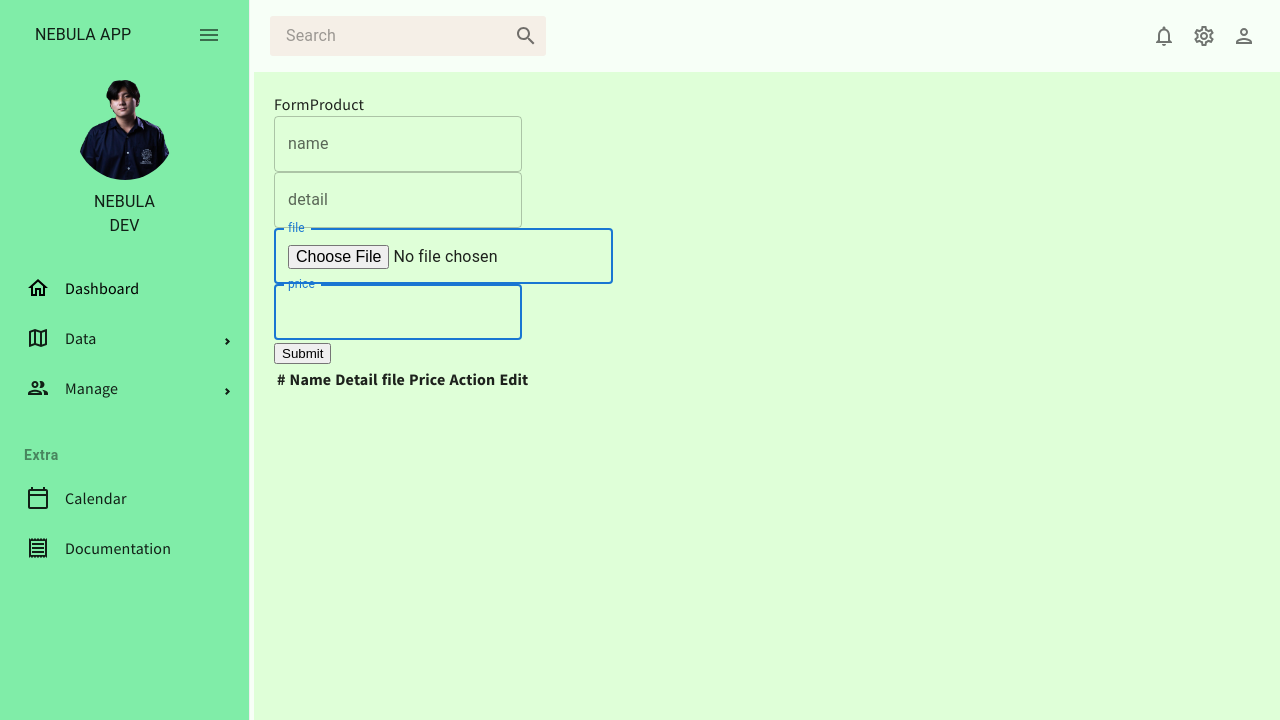
Repository: supakorn5039-boon/MERN
Page: /admin/viewtable (app in client/)
The author's editor kept a copy of each file at every save. The page is drawn from the files as they stood at one save, then again after the next save.
The browser window is 1280 px wide. The pictures show the whole page.
The page's requests for data from a server got no answer. The project was rebuilt for these pictures with package versions that can differ from the ones it lists, and the page was loaded fresh each time. No one was signed in, and anything a server would have sent is missing. Also part of the build but not shown: client/src/App.css, client/src/components/FormEditProducts.jsx.

Above is the page before, as saved 2023-11-01 14:12:28.

### client/src/index.css
@import url("https://fonts.googleapis.com/css2?family=Source+Sans+Pro:wght@400;600;700&display=swap");

html,
body,
#root,
.app,
.content {
  height: 100%;
  width: 100%;
  font-family: "Source Sans Pro", sans-serif;
  background-color: #f7fff7;
  overflow: hidden;
}
.content_body {
  background-color: rgb(223, 255, 216);
  width: 100%;
  height: 90%;
  overflow: scroll;
}
.app {
  display: flex;
  position: relative;
}
.menu-bars {
  text-decoration: none;
  color: #000;
}
::-webkit-scrollbar {
  width: 10px;
}

::-webkit-scrollbar-track {
  background: #e0e0e0;
}

::-webkit-scrollbar-thumb {
  background: #888;
}

::-webkit-scrollbar-thumb:hover {
  background: #555;
}

### client/src/App.js
import "./App.css";
import { BrowserRouter, Route, Routes } from "react-router-dom";
import FormProduct from "./components/FormProduct";
import FormEditProducts from "./components/FormEditProducts";

//Layout

import HeaderBar from "./layout/HeaderBar";
import SideBar from "./layout/SideBar";
import { CssBaseline, Box } from "@mui/material";

function App() {
  return (
    <BrowserRouter>
      <>
        <CssBaseline />
        <div className="app">
          <SideBar />
          <main className="content">
            <HeaderBar />
            <div className="content_body">
              <Box m="20px">
                <Routes>
                  <Route path="/admin/viewtable" element={<FormProduct />} />
                  <Route path="/edit/:id" element={<FormEditProducts />} />
                </Routes>
              </Box>
            </div>
          </main>
        </div>
      </>
    </BrowserRouter>
  );
}

export default App;

### client/src/components/FormProduct.js
import React, { useState, useEffect } from "react";
import { remove, create, getdata } from "../functions/product";
import { Box, TextField } from "@mui/material";

import { Link } from "react-router-dom";

const FormProduct = () => {
  const [data, setData] = useState([]);
  const [form, setForm] = useState([]);

  useEffect(() => {
    loadData();
  }, []);

  // Pull the data from backend  show on frontend  below
  const loadData = async () => {
    getdata()
      .then((res) => setData(res.data))
      .catch((err) => console.log(err));
  };

  const handleChange = (e) => {
    if (e.target.name === "file") {
      setForm({
        // ... copy function inside of useState in form if [] it's mean nothing
        ...form,
        [e.target.name]: e.target.files[0],
      });
    } else {
      setForm({
        ...form,
        [e.target.name]: e.target.value,
      });
    }
  };

  //Submit type and collect to backend
  const handleSubmit = async (e) => {
    e.preventDefault();

    const formWithImageData = new FormData();
    for (const key in form) {
      formWithImageData.append(key, form[key]);
    }

    create(formWithImageData)
      .then((res) => {
        console.log(res.data);

        // use data in submit show to frontend
        loadData();
      })
      .catch((err) => console.log(err));
  };
  const handleRemove = async (id) => {
    remove(id)
      .then((res) => {
        console.log(res);
        loadData();
      })
      .catch((err) => console.log(err));
  };

  // Webpage
  return (
    <div>
      FormProduct
      <form onSubmit={handleSubmit} encType="multipart/form-data">
        <div>
          <TextField
            id="outlined-basic"
            label="name"
            name="name"
            onChange={(e) => handleChange(e)}
            variant="outlined"
          />
        </div>
        <div>
          <TextField
            id="outlined-basic"
            label="detail"
            name="detail"
            onChange={(e) => handleChange(e)}
            variant="outlined"
          />
        </div>

        <div>
          <TextField
            type="file"
            id="outlined-basic"
            label="file"
            name="file"
            onChange={(e) => handleChange(e)}
            variant="outlined"
            focused
          />
        </div>

        <div>
          <TextField
            type="number"
            id="outlined-basic"
            label="price"
            name="price"
            onChange={(e) => handleChange(e)}
            variant="outlined"
            focused
          />
        </div>

        <button>Submit</button>
      </form>
      <table className="table">
        <thead>
          <tr>
            <th scope="col">#</th>
            <th scope="col">Name</th>
            <th scope="col">Detail</th>
            <th scope="col">file</th>
            <th scope="col">Price</th>
            <th scope="col">Action</th>
            <th scope="col">Edit</th>
          </tr>
        </thead>
        <tbody>
          {data
            ? data.map((item, index) => (
                <tr key={index}>
                  <td>{index + 1}</td>
                  <td>{item.name}</td>
                  <td>{item.detail}</td>
                  <td>{item.file}</td>
                  <td>{item.price}</td>
                  <td
                    style={{ cursor: "pointer", color: "red" }}
                    onClick={() => handleRemove(item._id)}
                  >
                    Delete
                  </td>
                  <td>
                    <Link to={"/edit/" + item._id}>Edit</Link>
                  </td>
                </tr>
              ))
            : null}
        </tbody>
      </table>
    </div>
  );
};

export default FormProduct;

### client/src/layout/HeaderBar.js
import react, { useState } from "react";
import { Box, IconButton, Menu, MenuItem } from "@mui/material";
import InputBase from "@mui/material/InputBase";
import NotificationsOutlinedIcon from "@mui/icons-material/NotificationsOutlined";
import SettingsOutlinedIcon from "@mui/icons-material/SettingsOutlined";
import PersonOutlinedIcon from "@mui/icons-material/PersonOutlined";
import SearchIcon from "@mui/icons-material/Search";
import { Link } from "react-router-dom";

const HeaderBar = () => {
  const [anchorEl, setAnchorEl] = useState(null);

  const handleMenu = (event) => {
    setAnchorEl(event.currentTarget);
  };

  const handleClose = () => {
    setAnchorEl(null);
  };
  return (
    <Box display="flex" justifyContent="space-between" p={2}>
      {/* search  */}
      <Box display="flex" borderRadius="3px" backgroundColor="#F5EFE7">
        <InputBase sx={{ ml: 2, flex: 1 }} placeholder="Search" />
        <IconButton type="button" sx={{ p: 1 }}>
          <SearchIcon />
        </IconButton>
      </Box>

      {/* icons */}
      <Box display="flex">
        <IconButton>
          <NotificationsOutlinedIcon />
        </IconButton>
        <IconButton>
          <SettingsOutlinedIcon />
        </IconButton>
        <IconButton>
          <PersonOutlinedIcon onClick={handleMenu} />
          <Menu
            id="menu-appbar"
            anchorEl={anchorEl}
            anchorOrigin={{
              vertical: "top",
              horizontal: "right",
            }}
            keepMounted
            transformOrigin={{
              vertical: "top",
              horizontal: "right",
            }}
            open={Boolean(anchorEl)}
            onClose={handleClose}
          >
            <Link to="#" className="menu-bars">
              <MenuItem onClick={handleClose}>Profile</MenuItem>
            </Link>
            <Link to="#" className="menu-bars">
              <MenuItem onClick={handleClose}>My account</MenuItem>
            </Link>
          </Menu>
        </IconButton>
      </Box>
    </Box>
  );
};

export default HeaderBar;

### client/src/layout/SideBar.js
import React, { useState } from "react";
import {
  Sidebar,
  Menu,
  MenuItem,
  SubMenu,
  SidebarFooter,
} from "react-pro-sidebar";
import { Box, IconButton, Typography, useTheme, Badge } from "@mui/material";
import { Link } from "react-router-dom";

import HomeOutlinedIcon from "@mui/icons-material/HomeOutlined";
import PeopleOutlinedIcon from "@mui/icons-material/PeopleOutlined";
import ReceiptOutlinedIcon from "@mui/icons-material/ReceiptOutlined";
import CalendarTodayOutlinedIcon from "@mui/icons-material/CalendarTodayOutlined";
import BarChartOutlinedIcon from "@mui/icons-material/BarChartOutlined";
import PieChartOutlineOutlinedIcon from "@mui/icons-material/PieChartOutlineOutlined";
import MenuOutlinedIcon from "@mui/icons-material/MenuOutlined";
import MapOutlinedIcon from "@mui/icons-material/MapOutlined";
import TableViewIcon from "@mui/icons-material/TableView";
const SideBar = () => {
  const [isCollapsed, setisCollapsed] = useState(false);
  const [toggled, setToggled] = useState(false);
  const [broken, setBroken] = useState(false);

  return (
    <div
      style={{
        display: "flex",
        height: "100%",
      }}
    >
      <Sidebar
        collapsed={isCollapsed}
        toggled={toggled}
        onBackdropClick={() => setToggled(false)}
        onBreakPoint={setBroken}
        backgroundColor="#80EDA8"
        breakPoint="md"
        style={{ height: "100%" }}
      >
        <div
          style={{ display: "flex", flexDirection: "column", height: "100%" }}
        >
          <div style={{ flex: 1, marginBottom: "32px" }}>
            <Menu iconShape="square">
              {/* LOGO */}
              <MenuItem
                onClick={() => setisCollapsed(!isCollapsed)}
                icon={isCollapsed ? <MenuOutlinedIcon /> : undefined}
                style={{
                  margin: "10px 0 20px 0",
                }}
              >
                {!isCollapsed && (
                  <Box
                    display="flex"
                    justifyContent="space-between"
                    alignItems="center"
                    ml="15px"
                  >
                    <Typography>NEBULA APP</Typography>
                    <IconButton onClick={() => setisCollapsed(!isCollapsed)}>
                      <MenuOutlinedIcon />
                    </IconButton>
                  </Box>
                )}
              </MenuItem>
              {!isCollapsed && (
                <Box mb="25px">
                  <Box
                    display="flex"
                    justifyContent="center"
                    alignItems="center"
                  >
                    <img
                      alt="profile-user"
                      width="100px"
                      height="100px"
                      src={`/assets/Photo.png`}
                      style={{ cursor: "pointer", borderRadius: "50%" }}
                    />
                  </Box>
                  <Box textAlign="center">
                    <Typography sx={{ m: "10px 0 0 0" }}>NEBULA</Typography>
                    <Typography>DEV </Typography>
                  </Box>
                </Box>
              )}

              <Link to="/admin" className="menu-bars">
                <MenuItem icon={<HomeOutlinedIcon />}>Dashboard</MenuItem>
              </Link>

              <SubMenu icon={<MapOutlinedIcon />} label="Data">
                <Link to={"/admin/viewtable"} className="menu-bars">
                  <MenuItem icon={<TableViewIcon />}>Table</MenuItem>
                </Link>
                <MenuItem icon={<BarChartOutlinedIcon />}>
                  {" "}
                  Line charts
                </MenuItem>
              </SubMenu>

              <SubMenu label="Manage" icon={<PeopleOutlinedIcon />}>
                <Link to={"/admin/manage"} className="menu-bars">
                  <MenuItem>User</MenuItem>
                </Link>
                <MenuItem> Admin</MenuItem>
              </SubMenu>
            </Menu>

            <div
              style={{
                padding: "0 24px",
                marginBottom: "8px",
                marginTop: "32px",
              }}
            >
              <Typography
                variant="body2"
                fontWeight={600}
                style={{
                  opacity: isCollapsed ? 0 : 0.5,
                  letterSpacing: "0.5px",
                }}
              >
                Extra
              </Typography>
            </div>

            <Menu>
              <MenuItem icon={<CalendarTodayOutlinedIcon />}>Calendar</MenuItem>
              <MenuItem icon={<ReceiptOutlinedIcon />}>Documentation</MenuItem>
            </Menu>
          </div>
        </div>
      </Sidebar>
      <main>
        <div style={{ padding: "16px 2px ", color: "#44596e" }}>
          <div style={{ marginBottom: "16px" }}>
            {broken && (
              <IconButton onClick={() => setToggled(!toggled)}>
                <MenuOutlinedIcon />
              </IconButton>
            )}
          </div>
        </div>
      </main>
    </div>
  );
};
export default SideBar;

### client/src/functions/product.js
import axios from "axios";
import { appCheck, getToken } from "../firebase";

const GenerateToken = async () => {
  try {
    const token = await getToken(appCheck);
    return token;
  } catch (err) {
    console.log(err);
    return null;
  }
};

export const remove = async (id) =>
  await axios.delete(process.env.REACT_APP_API + "/product/" + id);

export const create = async (data) =>
  await axios.post(process.env.REACT_APP_API + "/product", data);

export const getdata = async () => {
  const boon = await GenerateToken();
  console.log("boon token", boon);
  return await axios.get(process.env.REACT_APP_API + "/product", {
    headers: {
      "X-Firebase-AppCheck": boon.token,
    },
  });
};

export const read = async (id) => {
  return await axios.get(process.env.REACT_APP_API + "/product/" + id);
};

export const updated = async (id, data) => {
  return await axios.put(process.env.REACT_APP_API + "/product/" + id, data);
};

### client/src/firebase.js
import { initializeApp } from "firebase/app";
import { getAnalytics } from "firebase/analytics";
import {
  initializeAppCheck,
  ReCaptchaV3Provider,
  getToken,
} from "firebase/app-check";

const firebaseConfig = {
  apiKey: "AIzaSyBBM6ayVSyx_ET3Nlx3cLt0ngnVWywZbPM",
  authDomain: "ws-ac-de4c7.firebaseapp.com",
  projectId: "ws-ac-de4c7",
  storageBucket: "ws-ac-de4c7.appspot.com",
  messagingSenderId: "289463955788",
  appId: "1:289463955788:web:0a17ed261d7a3b6a8edfe9",
  measurementId: "G-FX5SNJL1DR",
};

// Initialize Firebase
const app = initializeApp(firebaseConfig);
const analytics = getAnalytics(app);

const appCheck = initializeAppCheck(app, {
  provider: new ReCaptchaV3Provider("6Leql-IoAAAAAA7WR4PGgxlusjWs3nhkkHNlLg7r"),

  // Optional argument. If true, the SDK automatically refreshes App Check
  // tokens as needed.
  isTokenAutoRefreshEnabled: true,
});

export { appCheck, getToken };

Loaded but not shown: client/public/index.html (common file); client/src/index.js (common file); client/src/reportWebVitals.js (common file)

After the next save:
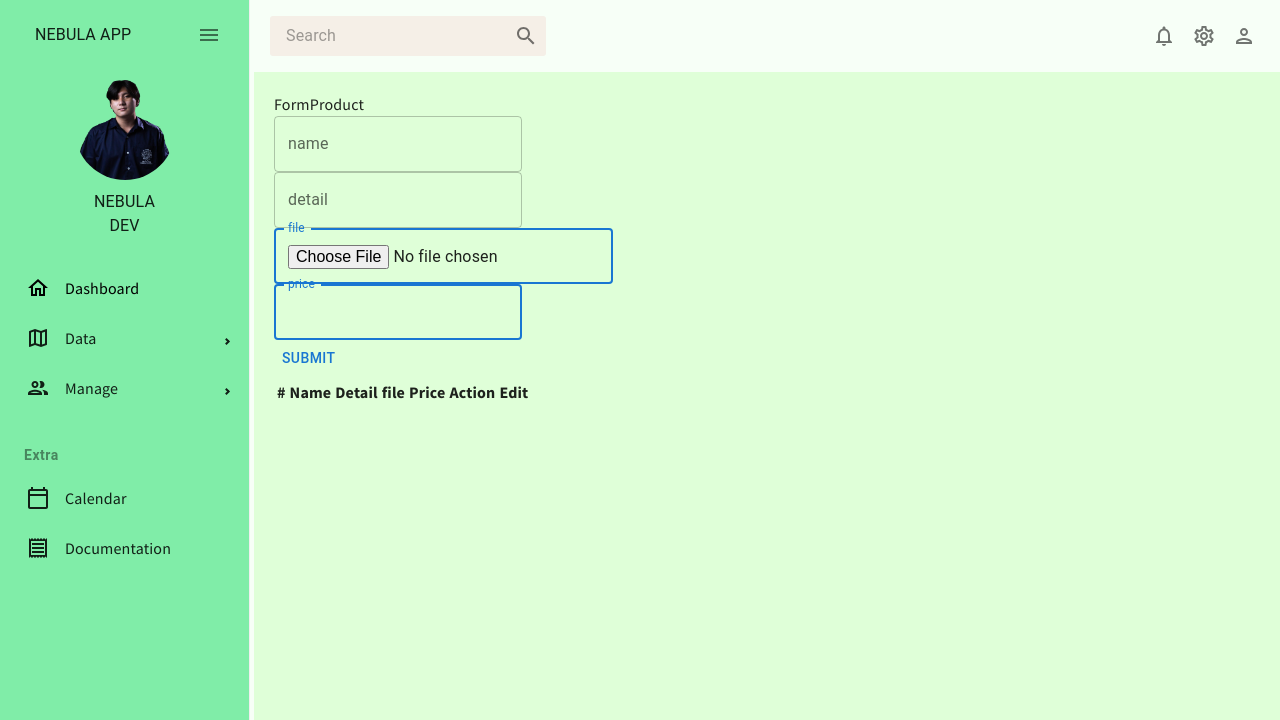
Saved 45 s later.
--- a/client/src/components/FormProduct.js
+++ b/client/src/components/FormProduct.js
@@ -1,6 +1,6 @@
 import React, { useState, useEffect } from "react";
 import { remove, create, getdata } from "../functions/product";
-import { Box, TextField } from "@mui/material";
+import { Box, Button, TextField } from "@mui/material";
 
 import { Link } from "react-router-dom";
 
@@ -108,8 +108,7 @@ const FormProduct = () => {
             focused
           />
         </div>
-
-        <button>Submit</button>
+        <Button>Submit</Button>
       </form>
       <table className="table">
         <thead>
